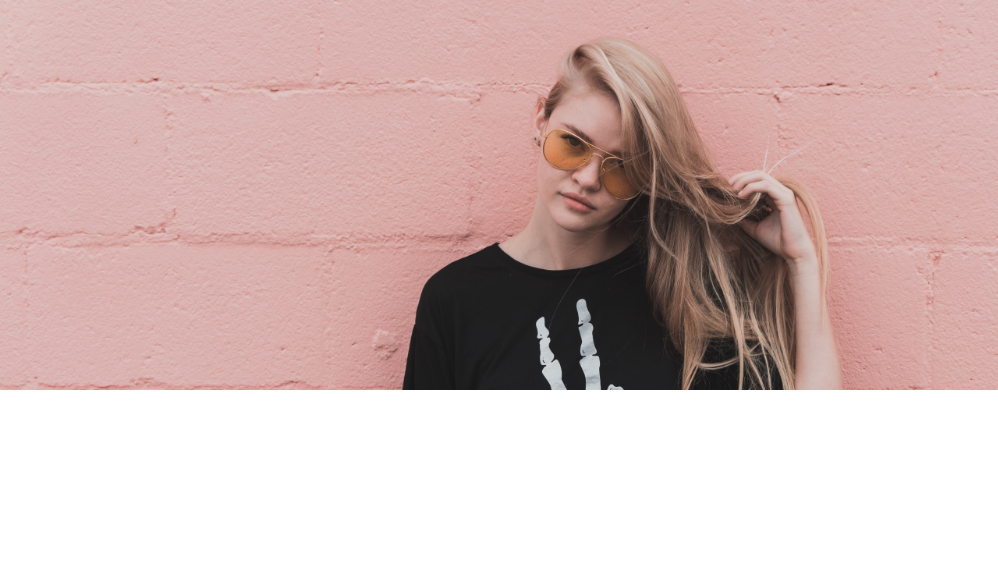
Repository: LeHieuSP/Baitapthukinh_LTH_FE70
Page: /
These files come from the project's save history. The page is drawn as it stood at one moment and after the next save; the edit follows.
The browser window is 1280 px wide. The pictures show the whole page, at 78% of full size.
The project was rebuilt for these pictures with package versions that can differ from the ones it lists, and the page was loaded fresh each time. Also part of the build but not shown: src/index.css, src/App.css, src/redux/actions/BaiTapDatVeAction.js, src/BaiTapRedux/BaiTapBookingTicket/ThongTinDatGhe.js, src/BaiTapRedux/BaiTapBookingTicket/HangGhe.js, src/BaiTapRedux/BaiTapBookingTicket/BaiTapBookingTicket.js.

Above is the page before, as saved 2022-03-09 16:23:55.

After the next save:
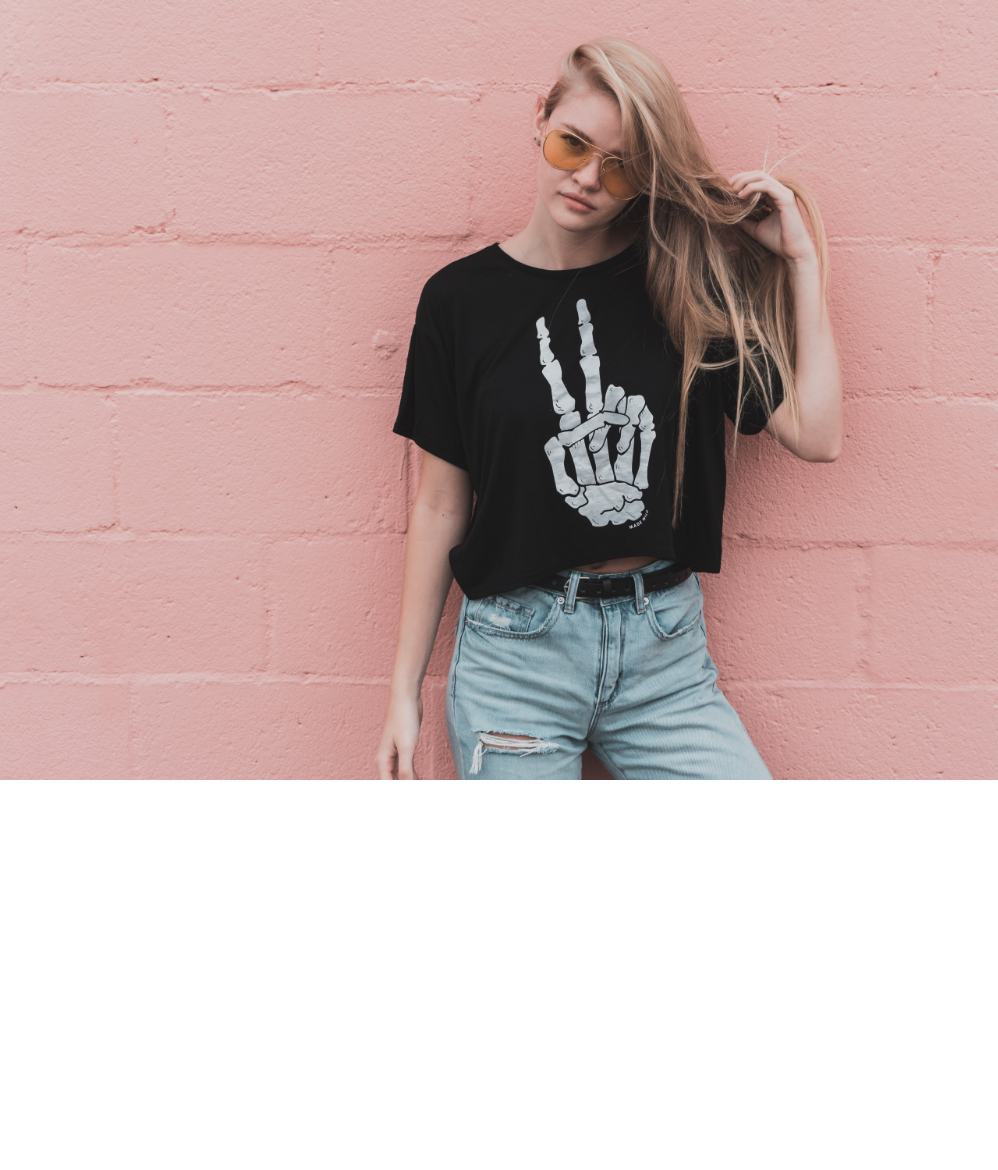
Saved 7 s later.
--- a/src/BaiTapThuKinh/BaiTapThuKinh.js
+++ b/src/BaiTapThuKinh/BaiTapThuKinh.js
@@ -4,7 +4,7 @@
   render() {
     return (
       <div style={{backgroundImage:'url(./glassesImage/bg.jpg)',
-      backgroundRepeat:'no-repeat',backgroundSize:'1500px',height:'500px'}}>
+      backgroundRepeat:'no-repeat',backgroundSize:'1500px',height:'1500px'}}>
 
       </div>
     )
